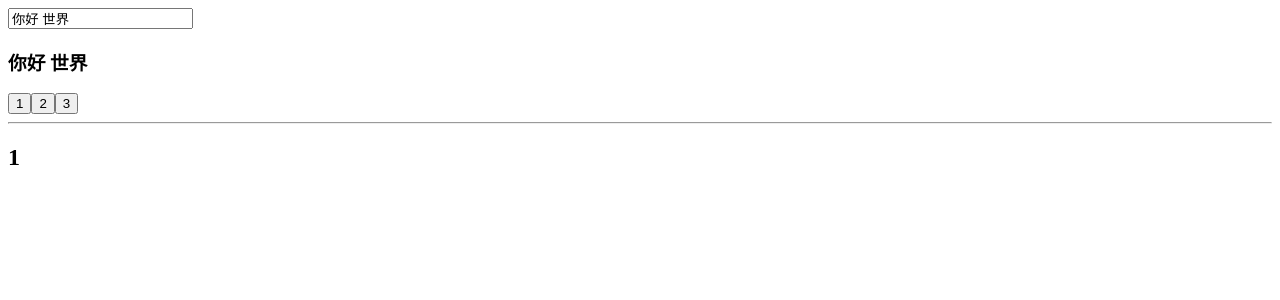
Repository: 1404413577/jsdemo
Page: /res (app in vue-demo/myweb3/)
These files come from the project's save history. The page is drawn as it stood at one moment and after the next save; the edit follows.
The browser window is 1280 px wide. The pictures show the whole page.
The project was rebuilt for these pictures with package versions that can differ from the ones it lists, and the page was loaded fresh each time. Also part of the build but not shown: vue-demo/myweb3/vue.config.js.

Above is the page before, as saved 2022-11-25 18:48:37.

### vue-demo/myweb3/src/App.vue
<template>
  <router-view/>
</template>

<script>

</script>
<style lang="less">

</style>

### vue-demo/myweb3/src/router/index.js
import { createRouter, createWebHistory } from 'vue-router'

const routes = [
  {
    path: "/home",
    component: 'home',
    component: () => import('../views/Home.vue')
},
  {
    path: '/onclick',
    name: 'onclick',
    component: () => import('../views/OnClick.vue')
  },
  {
    path: '/res',
    name: 'res',
    component: () => import('../views/res.vue')

  }
]

const router = createRouter({
  history: createWebHistory(process.env.BASE_URL),
  routes
})

export default router

### vue-demo/myweb3/src/views/res.vue
<template>
  <div>
    <Demo />
  </div>
</template>

<script>
import Demo  from "@/components/vue2/demo.vue"
export default {
  components:{
        Demo
    }

}
</script>

<style>

</style>

### vue-demo/myweb3/src/components/vue2/demo.vue
<template>
  <div>
    <input type="text" v-model="msg" />
    <h3>{{ msg }}</h3>
    <button v-on:click="btnFn(1)">1</button>
    <button v-on:click="btnFn(2)">2</button>
    <button v-on:click="btnFn(3)">3</button>
    <hr />
    <h2 v-show="status == 1">1</h2>
    <h2 v-show="status == 2">2</h2>
    <h2 v-show="status == 3">3</h2>
  </div>
</template>

<script>
export default {
  data() {
    return {
      msg: "你好 世界",
      status: 1,
    };
  },
  methods: {
    btnFn(val) {
      this.status = val;
    },
  },
};
</script>

<style></style>

Loaded but not shown: vue-demo/myweb3/public/index.html (common file); vue-demo/myweb3/src/main.js (common file); vue-demo/myweb3/src/store/index.js (common file)

After the next save:
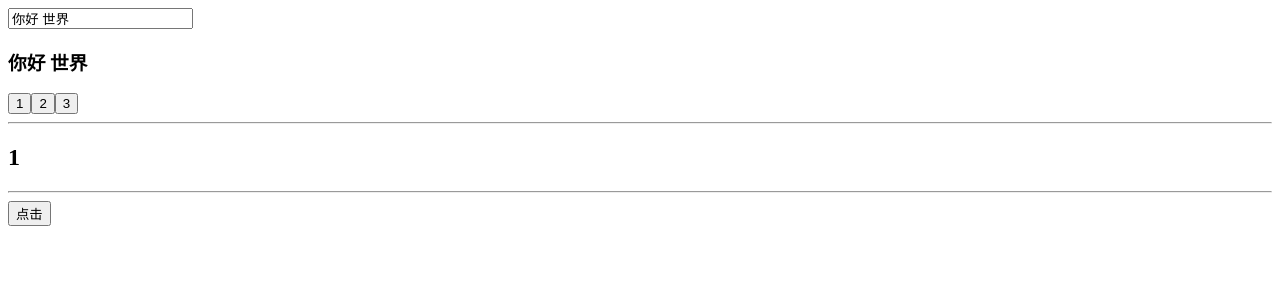
Saved 33 min 51 s later.
--- a/vue-demo/myweb3/src/components/vue2/demo.vue
+++ b/vue-demo/myweb3/src/components/vue2/demo.vue
@@ -9,6 +9,9 @@
     <h2 v-show="status == 1">1</h2>
     <h2 v-show="status == 2">2</h2>
     <h2 v-show="status == 3">3</h2>
+
+    <hr>
+    <button @click="dianji">点击</button>
   </div>
 </template>
 
@@ -24,6 +27,10 @@ export default {
     btnFn(val) {
       this.status = val;
     },
+    dianji(){
+        console.log("123")
+
+    }
   },
 };
 </script>
